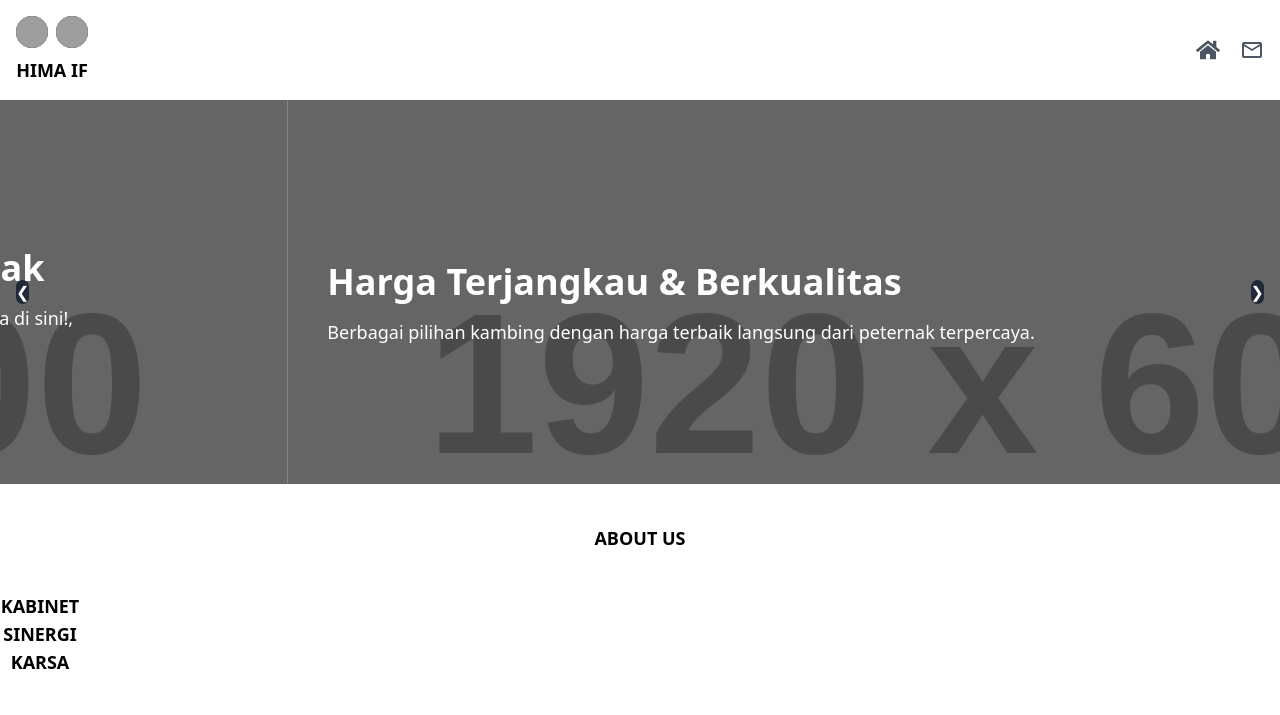
Repository: MUHAMADTEGARWIJAYA/himaif
Page: /
These files come from the project's save history. The page is drawn as it stood at one moment and after a run of saves; the edit follows.
The browser window is 1280 px wide. The pictures show the whole page.
Pictures or frames that could not be fetched are drawn as grey boxes. The project was rebuilt for these pictures with package versions that can differ from the ones it lists, and the page was loaded fresh each time. Also part of the build but not shown: vite.config.js.

Above is the page before, as saved 2024-12-21 14:45:03.

After the next 2 saves:
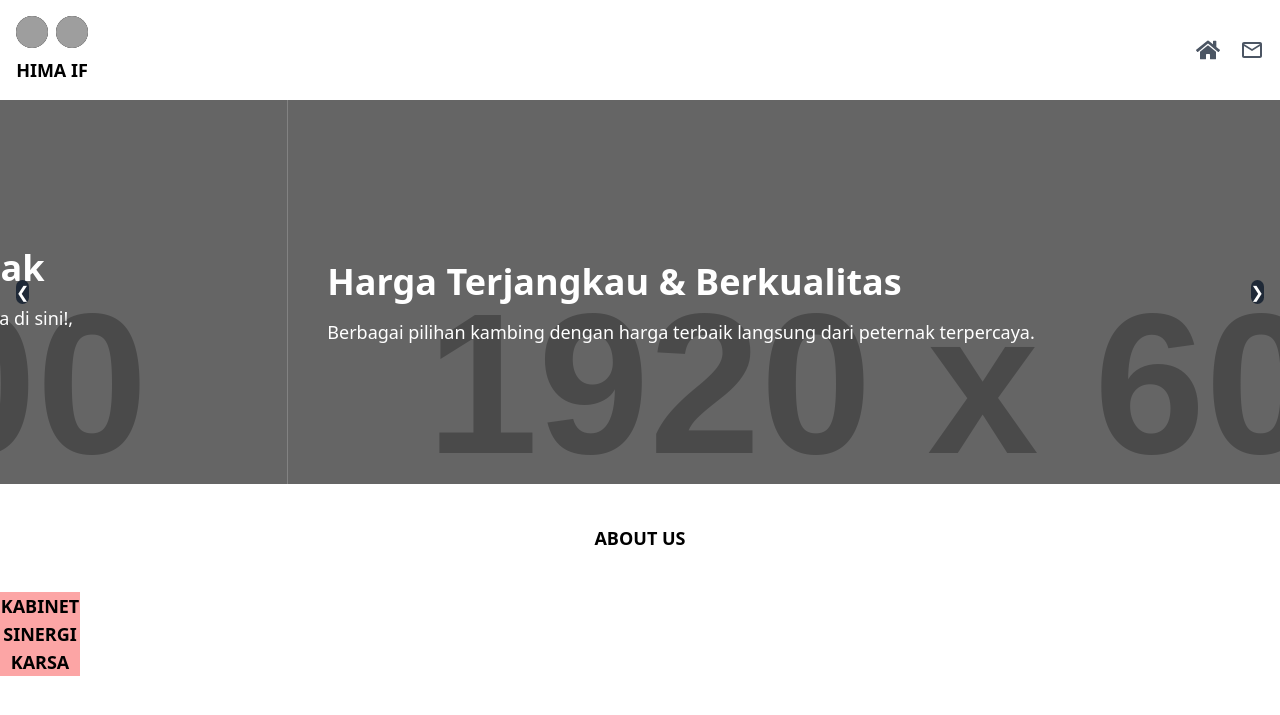
The 2 saves are shown as one change because they came seconds apart.
The last was saved 14 s later.
--- a/src/pages/Members.jsx
+++ b/src/pages/Members.jsx
@@ -4,7 +4,7 @@ const About = () => {
   return (
    <div className=" justify-center items-center mt-10">
     <h1 className="text-center font-bold text-lg">ABOUT US</h1>
-    <h1 className="text-center font-bold w-20 justify-center items-center text-lg mt-10">KABINET SINERGI KARSA</h1>
+    <h1 className="text-center font-bold w-20 bg-red-300 text-lg mt-10">KABINET SINERGI KARSA</h1>
    </div>
   );
 };
